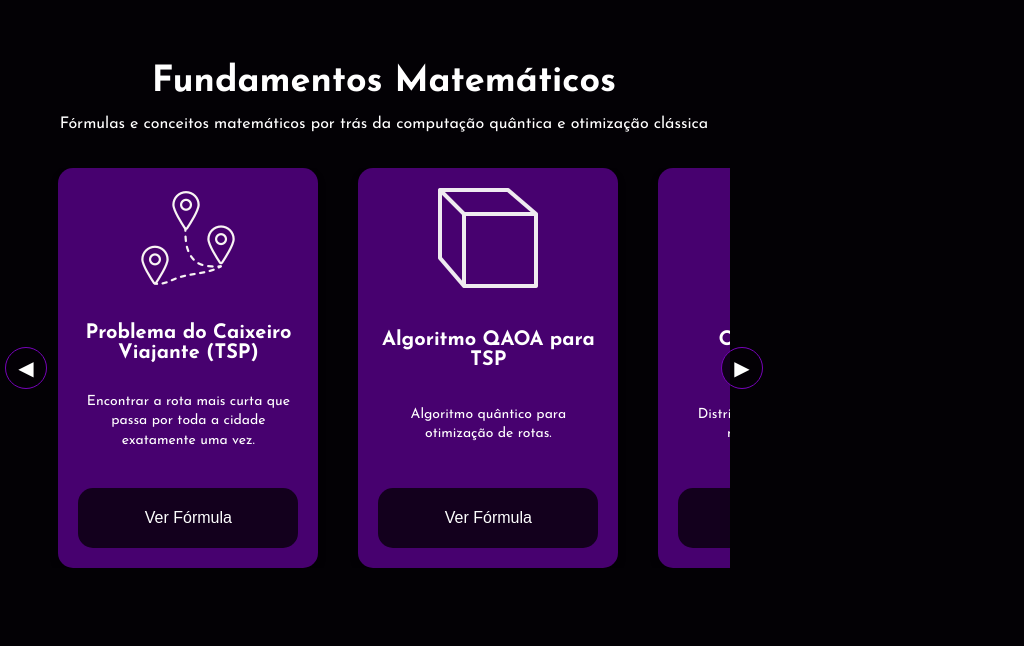
Repository: Everson9/Projeto-de-escalabilidade-quantica-definitivo
Page: fundamentos.html
The author's editor kept a copy of each file at every save. The page is drawn from the files as they stood at one save, then again after the next save.
The browser window is 768 px wide. The page is 768 px wide, then 1024 px, then 768 px, so the pictures cover 1024 px, including what lies to the right of the window. The pictures show the whole page.

Above is the page before, as saved 2025-10-01 10:58:17.
Not found: script.js

### fundamentos.html
<!DOCTYPE html>
<html lang="pt-br">
<head>
    <meta charset="UTF-8">
    <meta name="viewport" content="width=device-width, initial-scale=1.0">
    <title>Carrossel Avançado</title>
    <link rel="stylesheet" href="fundamentos.css">
    <link href="https://fonts.googleapis.com/css2?family=Josefin+Sans:wght@400;700&display=swap" rel="stylesheet">
</head>
<body>

    <div class="fundamentos-matematicos">
        <h1>Fundamentos Matemáticos</h1>
        <p>Fórmulas e conceitos matemáticos por trás da computação quântica e otimização clássica</p>
    </div>

    <!-- Wrapper para o carrossel e as setas -->
    <div class="carousel-wrapper">
        <!-- Seta Esquerda -->
        <div id="prev-btn" class="carousel-btn">&#9664;</div>

        <!-- Container do Carrossel -->
        <div class="carousel-container">
            <div class="carousel-track">
                <!-- Cards Originais (Apenas os 4 originais são necessários, o JS cuidará da clonagem ) -->
                <div class="formula_1">
                    <img src="imgs_icones/CaixeiroViajante.png" alt="Ícone do Problema do Caixeiro Viajante">
                    <h4>Problema do Caixeiro Viajante (TSP)</h4>
                    <p>Encontrar a rota mais curta que passa por toda a cidade exatamente uma vez.</p>
                    <button class="button"><a href="caixeiroviajante.html">Ver Fórmula</a></button>
                </div>
                <div class="formula_1">
                    <img src="imgs_icones/QAOA.png" alt="Ícone do Algoritmo QAOA">
                    <h4>Algoritmo QAOA para TSP</h4>
                    <p>Algoritmo quântico para otimização de rotas.</p>
                    <button class="button"><a href="AlgoritmoQAOA.html">Ver Fórmula</a></button>
                </div>
                <div class="formula_1">
                    <img src="imgs_icones/OtimizacaoPortfolio.png" alt="Ícone de Otimização de Portfólio">
                    <h4>Otimização de Portfólio</h4>
                    <p>Distribuir investimentos para maximizar retornos.</p>
                    <button class="button"><a href="Portifolio.html">Ver Fórmula</a></button>
                </div>
                <div class="formula_1">
                    <img src="imgs_icones/ComplexidadeComputacional.png" alt="Ícone de Complexidade Computacional">
                    <h4>Complexidade Computacional</h4>
                    <p>Resolver problemas que crescem com muitos elementos.</p>
                    <button class="button"><a href="Complexidade.html">Ver Fórmula</a></button>
                </div>
            </div>
        </div>

        <!-- Seta Direita -->
        <div id="next-btn" class="carousel-btn">&#9654;</div>
    </div>

    <!-- NOVO: Container para os indicadores (pontos) -->
    <div class="carousel-indicators"></div>

    <!-- Adicionando o arquivo JavaScript -->
    <script src="script.js"></script>

</body>
</html>

### fundamentos.css
body {
    background-color: #030105;
    font-family: 'Josefin Sans', sans-serif;
    color: #fff;
    margin: 0;
    padding: 0;
    display: flex;
    flex-direction: column;
    align-items: center;
    justify-content: flex-start;
    text-decoration: none;
    overflow-x: hidden; /* Esconde a barra de rolagem horizontal */
}

.fundamentos-matematicos {
    text-align: center;
    color: white;
    margin-top: 40px;
    margin-bottom: 20px;
}

h1 {
    font-size: 36px;
    margin-bottom: 10px;
}

/* Estilos dos Cards */
.formula_1 {
    width: 240px;
    height: 380px;
    background-color: #7703BA96;
    border-radius: 15px;
    padding: 20px;
    display: flex;
    flex-direction: column;
    justify-content: space-between;
    box-shadow: 0 4px 8px rgba(0, 0, 0, 0.2);
    margin: 0 20px; /* Espaçamento entre os cards */
    flex-shrink: 0; /* Impede que os cards encolham */
}

.formula_1 h4 {
    font-size: 20px;
    margin-bottom: 10px;
    text-align: center;
}

.formula_1 img {
    width: 100px;
    height: 100px;
    margin: 0 auto;
}

.formula_1 p {
    text-align: center;
    font-size: 14px;
    line-height: 1.4;
    margin-top: 10px;
}

.button {
    background-color: #030105C2;
    border: none;
    padding: 10px;
    color: white;
    font-size: 16px;
    text-align: center;
    height: 60px;
    border-radius: 15px;
    cursor: pointer;
    text-decoration: none;
    margin-top: 15px;
    transition: background-color 0.3s;
}

.button a {
    text-decoration: none;
    color: white;
    display: block;
    line-height: 40px;     /* Centraliza o texto verticalmente dentro do botão (ajuste se a altura do botão mudar) */
}

.button:hover a{
    background-color: #ffffffc2;
    color: #030105;
}

/* --- Novas Classes para o Carrossel --- */

.carousel-wrapper {
    position: relative; /* Necessário para posicionar as setas */
    width: 100%;
    display: flex;
    align-items: center;
    justify-content: center;
}

.carousel-container {
    width: 80%; /* Ajuste a largura conforme necessário */
    overflow: hidden;
}

.carousel-track {
    display: flex;
    transition: transform 0.5s ease-in-out; /* Animação para a transição */
}

.carousel-btn {
    position: absolute;
    top: 50%;
    transform: translateY(-50%) rotate(0deg); /* Começa sem rotação */
    background-color: rgba(3, 1, 5, 0.8);
    color: white;
    border: 1px solid #7703BA;
    border-radius: 50%;
    width: 50px;
    height: 50px;
    display: flex;
    align-items: center;
    justify-content: center;
    font-size: 24px;
    cursor: pointer;
    z-index: 10;
    transition: background-color 0.3s, transform 0.3s ease;
}

.carousel-btn.rotate {
    transform: translateY(-50%) rotate(180deg); /* Girando 180 graus */
}

.carousel-btn:hover {
    background-color: #7703BA;
    transform: translateY(-50%) scale(1.1);
}

#prev-btn {
    left: 20px; /* Posição da seta esquerda */
}

#next-btn {
    right: 20px; /* Posição da seta direita */
}

/* --- Estilos para os Indicadores (Pontos) --- */
.carousel-indicators {
    display: flex;
    justify-content: center;
    margin-top: 20px;
}

.indicator-dot {
    width: 12px;
    height: 12px;
    border-radius: 50%;
    background-color: #777;
    margin: 0 5px;
    cursor: pointer;
    transition: background-color 0.3s ease;
}

.indicator-dot.active {
    background-color: #7703BA; /* Cor roxa para o ponto ativo */
}

@media (max-width: 768px) {
    .carousel-container {
        width: 90%;
    }

    .carousel-btn {
        width: 40px;
        height: 40px;
        font-size: 20px;
    }

    #prev-btn {
        left: 5px;
    }

    #next-btn {
        right: 5px;
    }

    .formula_1 {
        width: 220px;
        height: 360px;
    }
}

After the next save:
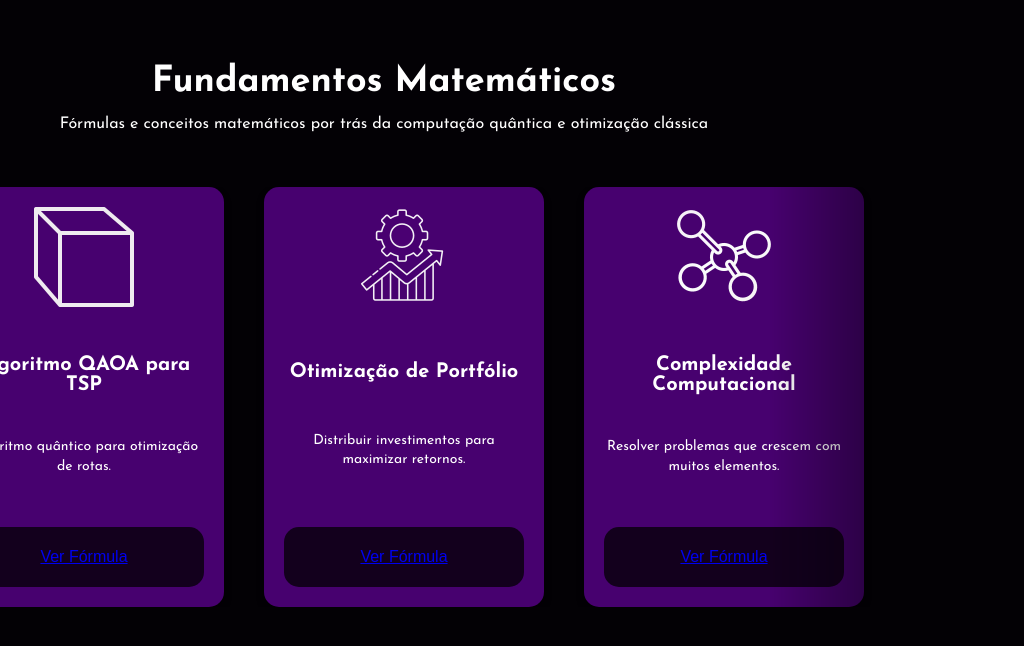
Saved 4 min 3 s later.
--- a/fundamentos.css
+++ b/fundamentos.css
@@ -73,116 +73,39 @@
     transition: background-color 0.3s;
 }
 
-.button a {
-    text-decoration: none;
-    color: white;
-    display: block;
-    line-height: 40px;     /* Centraliza o texto verticalmente dentro do botão (ajuste se a altura do botão mudar) */
-}
-
-.button:hover a{
+.button:hover {
     background-color: #ffffffc2;
     color: #030105;
 }
 
 /* --- Novas Classes para o Carrossel --- */
 
-.carousel-wrapper {
-    position: relative; /* Necessário para posicionar as setas */
+.carousel-container {
     width: 100%;
     display: flex;
-    align-items: center;
-    justify-content: center;
-}
-
-.carousel-container {
-    width: 80%; /* Ajuste a largura conforme necessário */
-    overflow: hidden;
+    justify-content: flex-start; /* Alinha a trilha no início */
+    overflow: hidden; /* Essencial para esconder o que está fora da tela */
+    -webkit-mask-image: linear-gradient(to right, transparent, black 20%, black 80%, transparent);
+    mask-image: linear-gradient(to right, transparent, black 20%, black 80%, transparent);
 }
 
 .carousel-track {
-    display: flex;
-    transition: transform 0.5s ease-in-out; /* Animação para a transição */
+    display: flex; /* Coloca os cards em linha */
+    animation: scroll 40s linear infinite; /* Aplica a animação */
 }
 
-.carousel-btn {
-    position: absolute;
-    top: 50%;
-    transform: translateY(-50%) rotate(0deg); /* Começa sem rotação */
-    background-color: rgba(3, 1, 5, 0.8);
-    color: white;
-    border: 1px solid #7703BA;
-    border-radius: 50%;
-    width: 50px;
-    height: 50px;
-    display: flex;
-    align-items: center;
-    justify-content: center;
-    font-size: 24px;
-    cursor: pointer;
-    z-index: 10;
-    transition: background-color 0.3s, transform 0.3s ease;
+.carousel-container:hover .carousel-track {
+    animation-play-state: paused; /* Pausa a animação ao passar o mouse */
 }
 
-.carousel-btn.rotate {
-    transform: translateY(-50%) rotate(180deg); /* Girando 180 graus */
-}
-
-.carousel-btn:hover {
-    background-color: #7703BA;
-    transform: translateY(-50%) scale(1.1);
-}
-
-#prev-btn {
-    left: 20px; /* Posição da seta esquerda */
-}
-
-#next-btn {
-    right: 20px; /* Posição da seta direita */
-}
-
-/* --- Estilos para os Indicadores (Pontos) --- */
-.carousel-indicators {
-    display: flex;
-    justify-content: center;
-    margin-top: 20px;
-}
-
-.indicator-dot {
-    width: 12px;
-    height: 12px;
-    border-radius: 50%;
-    background-color: #777;
-    margin: 0 5px;
-    cursor: pointer;
-    transition: background-color 0.3s ease;
-}
-
-.indicator-dot.active {
-    background-color: #7703BA; /* Cor roxa para o ponto ativo */
-}
-
-@media (max-width: 768px) {
-    .carousel-container {
-        width: 90%;
+/* Animação de Rolagem */
+@keyframes scroll {
+    0% {
+        transform: translateX(0);
     }
-
-    .carousel-btn {
-        width: 40px;
-        height: 40px;
-        font-size: 20px;
-    }
-
-    #prev-btn {
-        left: 5px;
-    }
-
-    #next-btn {
-        right: 5px;
-    }
-
-    .formula_1 {
-        width: 220px;
-        height: 360px;
+    100% {
+        /* Move a trilha para a esquerda pelo tamanho exato da primeira metade dos cards */
+        /* (240px de largura + 40px de margem) * 4 cards = 1120px */
+        transform: translateX(calc(-280px * 4));
     }
 }

After the save that followed:
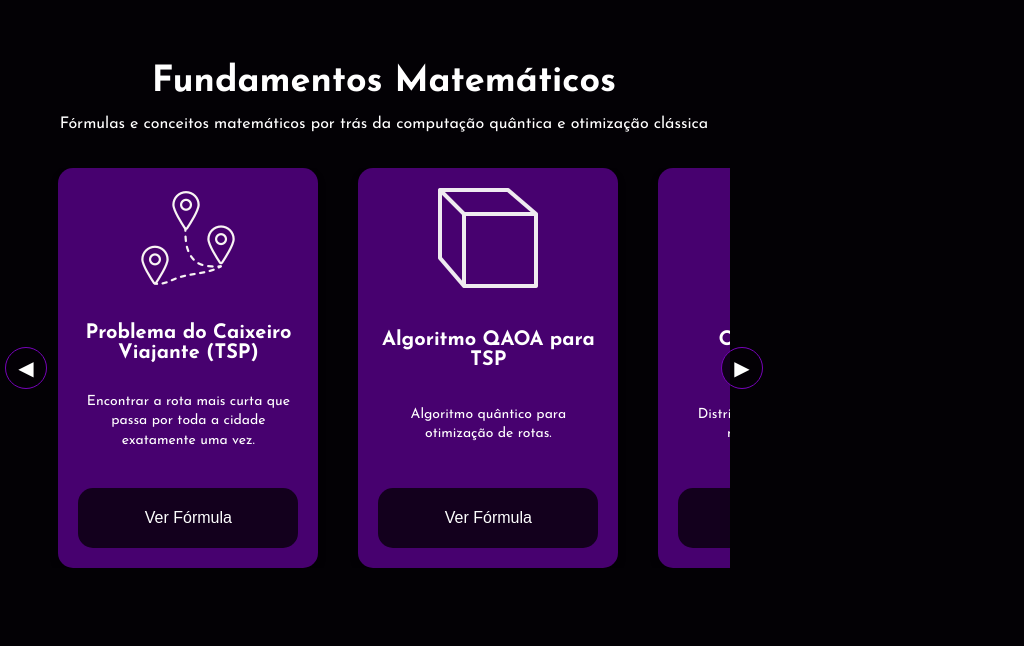
Saved 10 s later.
--- a/fundamentos.css
+++ b/fundamentos.css
@@ -73,39 +73,116 @@
     transition: background-color 0.3s;
 }
 
-.button:hover {
+.button a {
+    text-decoration: none;
+    color: white;
+    display: block;
+    line-height: 40px;     /* Centraliza o texto verticalmente dentro do botão (ajuste se a altura do botão mudar) */
+}
+
+.button:hover a{
     background-color: #ffffffc2;
     color: #030105;
 }
 
 /* --- Novas Classes para o Carrossel --- */
 
-.carousel-container {
+.carousel-wrapper {
+    position: relative; /* Necessário para posicionar as setas */
     width: 100%;
     display: flex;
-    justify-content: flex-start; /* Alinha a trilha no início */
-    overflow: hidden; /* Essencial para esconder o que está fora da tela */
-    -webkit-mask-image: linear-gradient(to right, transparent, black 20%, black 80%, transparent);
-    mask-image: linear-gradient(to right, transparent, black 20%, black 80%, transparent);
+    align-items: center;
+    justify-content: center;
+}
+
+.carousel-container {
+    width: 80%; /* Ajuste a largura conforme necessário */
+    overflow: hidden;
 }
 
 .carousel-track {
-    display: flex; /* Coloca os cards em linha */
-    animation: scroll 40s linear infinite; /* Aplica a animação */
+    display: flex;
+    transition: transform 0.5s ease-in-out; /* Animação para a transição */
 }
 
-.carousel-container:hover .carousel-track {
-    animation-play-state: paused; /* Pausa a animação ao passar o mouse */
+.carousel-btn {
+    position: absolute;
+    top: 50%;
+    transform: translateY(-50%) rotate(0deg); /* Começa sem rotação */
+    background-color: rgba(3, 1, 5, 0.8);
+    color: white;
+    border: 1px solid #7703BA;
+    border-radius: 50%;
+    width: 50px;
+    height: 50px;
+    display: flex;
+    align-items: center;
+    justify-content: center;
+    font-size: 24px;
+    cursor: pointer;
+    z-index: 10;
+    transition: background-color 0.3s, transform 0.3s ease;
 }
 
-/* Animação de Rolagem */
-@keyframes scroll {
-    0% {
-        transform: translateX(0);
+.carousel-btn.rotate {
+    transform: translateY(-50%) rotate(180deg); /* Girando 180 graus */
+}
+
+.carousel-btn:hover {
+    background-color: #7703BA;
+    transform: translateY(-50%) scale(1.1);
+}
+
+#prev-btn {
+    left: 20px; /* Posição da seta esquerda */
+}
+
+#next-btn {
+    right: 20px; /* Posição da seta direita */
+}
+
+/* --- Estilos para os Indicadores (Pontos) --- */
+.carousel-indicators {
+    display: flex;
+    justify-content: center;
+    margin-top: 20px;
+}
+
+.indicator-dot {
+    width: 12px;
+    height: 12px;
+    border-radius: 50%;
+    background-color: #777;
+    margin: 0 5px;
+    cursor: pointer;
+    transition: background-color 0.3s ease;
+}
+
+.indicator-dot.active {
+    background-color: #7703BA; /* Cor roxa para o ponto ativo */
+}
+
+@media (max-width: 768px) {
+    .carousel-container {
+        width: 90%;
     }
-    100% {
-        /* Move a trilha para a esquerda pelo tamanho exato da primeira metade dos cards */
-        /* (240px de largura + 40px de margem) * 4 cards = 1120px */
-        transform: translateX(calc(-280px * 4));
+
+    .carousel-btn {
+        width: 40px;
+        height: 40px;
+        font-size: 20px;
+    }
+
+    #prev-btn {
+        left: 5px;
+    }
+
+    #next-btn {
+        right: 5px;
+    }
+
+    .formula_1 {
+        width: 220px;
+        height: 360px;
     }
 }
